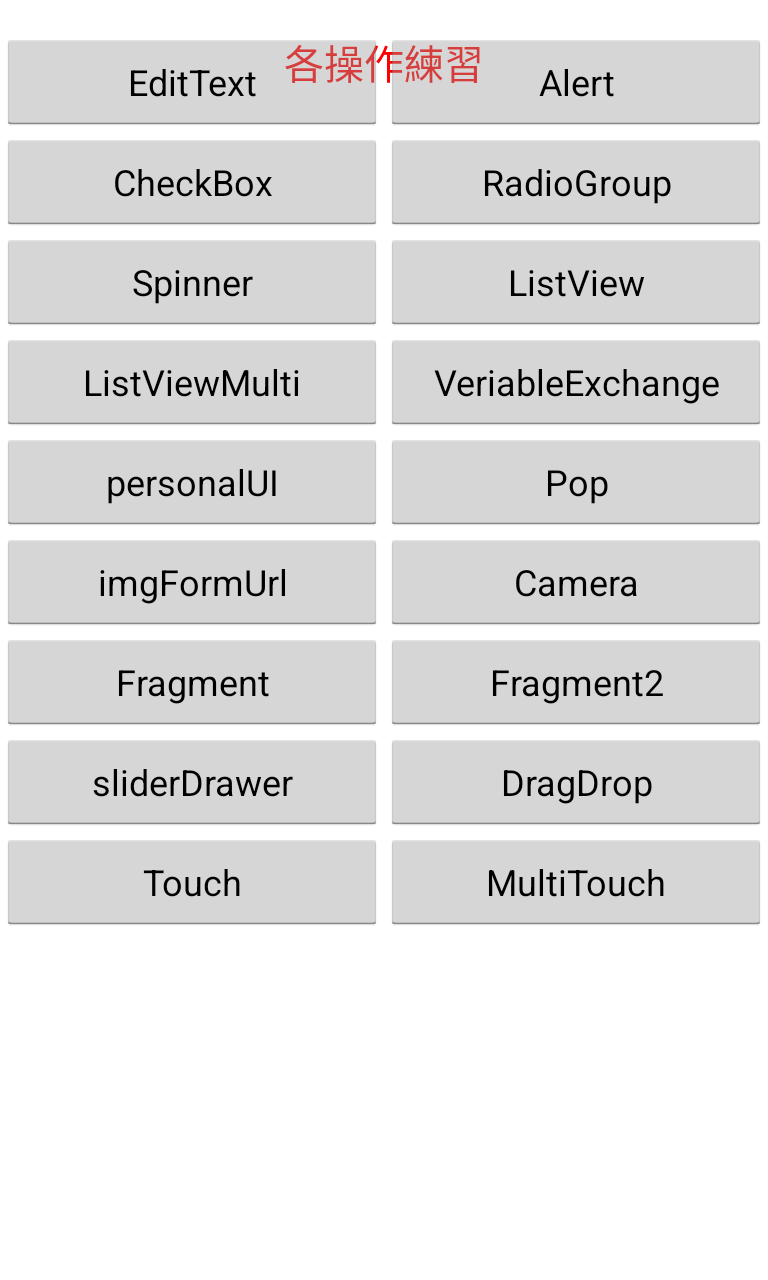
Repository: NTUSTCMAPP/cmapp
Layout: Test/Test/res/layout/activity_main.xml
These files come from the project's save history. The layout is drawn as it stood at one moment and after the next save; the edit follows.
It is drawn on a 768 x 1280 px phone screen (xhdpi) without system bars, with theme AppTheme; the app's code is not run. The app's manifest (not shown) leaves right-to-left support off. So textAlignment, textDirection and layoutDirection are ignored, and left and right values win over start and end ones.

Above is the layout before, as saved 2015-04-29 03:35:30.

After the next save:
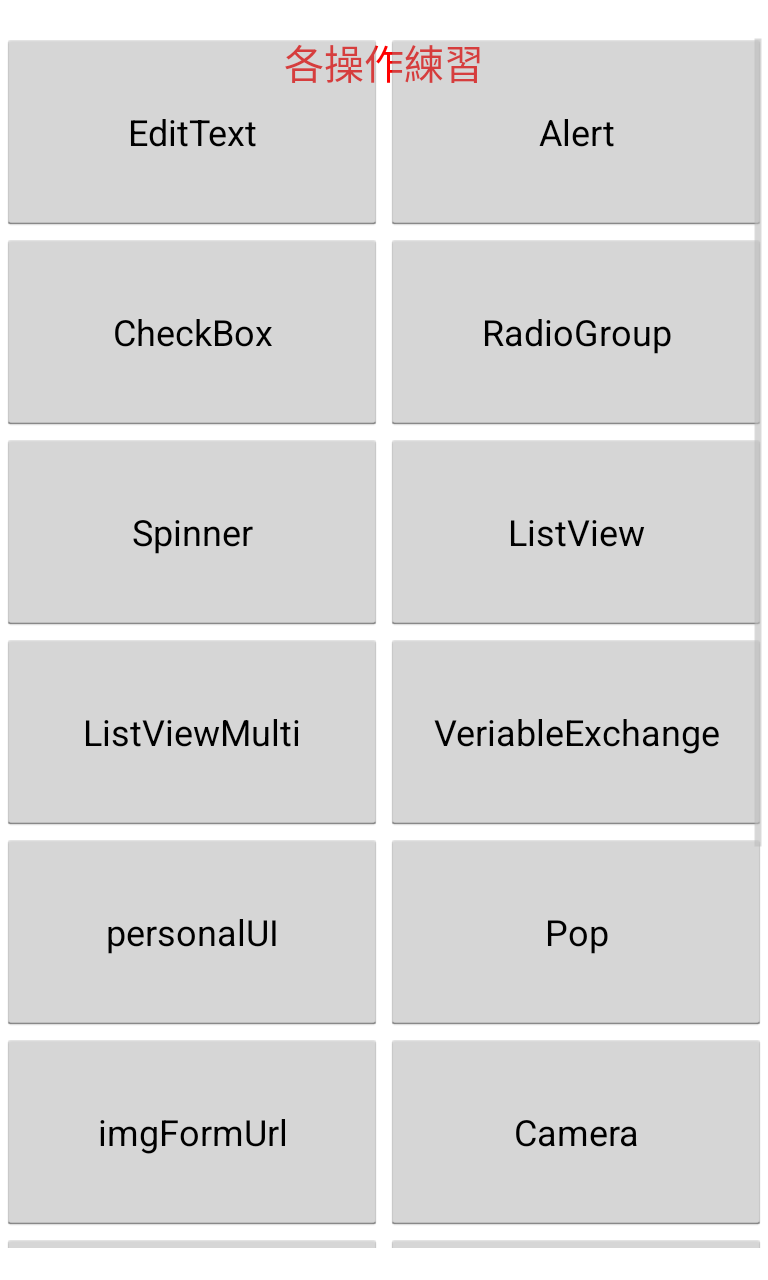
Saved 76 s later.
--- a/Test/Test/res/layout/activity_main.xml
+++ b/Test/Test/res/layout/activity_main.xml
@@ -34,13 +34,13 @@
 	    android:weightSum="2">
 
 	<Button android:id="@+id/editText"
-	    android:layout_height="50dp"
+	    android:layout_height="100dp"
 	    android:layout_width="0dp"
 	    android:layout_weight="1"
 	    android:text="EditText"
 	    />
 	<Button android:id="@+id/Alert"
-	    android:layout_height="50dp"
+	    android:layout_height="100dp"
 	    android:layout_width="0dp"
 	    android:layout_weight="1"
 	    android:layout_below="@+id/Title"
@@ -57,13 +57,13 @@
 	    android:weightSum="2">
 
 	<Button android:id="@+id/CheckBox"
-	    android:layout_height="50dp"
+	    android:layout_height="100dp"
 	    android:layout_width="0dp"
 	    android:layout_weight="1"
 	    android:text="CheckBox"
 	    />
 	<Button android:id="@+id/RadioGroup"
-	    android:layout_height="50dp"
+	    android:layout_height="100dp"
 	    android:layout_width="0dp"
 	    android:layout_weight="1"
 
@@ -85,7 +85,7 @@
 	<Button
 	    android:id="@+id/ListViewMulti"
 	    android:layout_width="0dp"
-	    android:layout_height="50dp"
+	    android:layout_height="100dp"
 	    android:layout_margin="0dp"
 	    android:layout_weight="1"
 	    android:minHeight="48dp"
@@ -94,7 +94,7 @@
 	<Button
 	    android:id="@+id/VeriableExchange"
 	    android:layout_width="0dp"
-	    android:layout_height="50dp"
+	    android:layout_height="100dp"
 	    android:layout_margin="0dp"
 	    android:layout_toRightOf="@+id/ListViewMulti"
 	    android:layout_weight="1"
@@ -110,13 +110,13 @@
 	    android:weightSum="2">
 
 	<Button android:id="@+id/personalUI"
-	    android:layout_height="50dp"
+	    android:layout_height="100dp"
 	    android:layout_width="0dp"
 	    android:layout_weight="1"
 	    android:text="personalUI"
 	    />
 	<Button android:id="@+id/pop"
-	    android:layout_height="50dp"
+	    android:layout_height="100dp"
 	    android:layout_width="0dp"
 	    android:layout_weight="1"
 	    android:layout_toRightOf="@+id/personalUI"
@@ -140,14 +140,14 @@
 	    <Button
 	        android:id="@+id/Spinner"
 	        android:layout_width="0dp"
-	        android:layout_height="50dp"
+	        android:layout_height="100dp"
 	        android:layout_weight="1"
 	        android:text="Spinner" />
 
 	    <Button
 	        android:id="@+id/ListView"
 	        android:layout_width="0dp"
-	        android:layout_height="50dp"
+	        android:layout_height="100dp"
 	        android:layout_toRightOf="@+id/Spinner"
 	        android:layout_weight="1"
 	        android:text="ListView" />
@@ -168,14 +168,14 @@
 	    <Button
 	        android:id="@+id/imgFormUrl"
 	        android:layout_width="0dp"
-	        android:layout_height="50dp"
+	        android:layout_height="100dp"
 	        android:layout_weight="1"
 	        android:text="imgFormUrl" />
 
 	    <Button
 	        android:id="@+id/Camera"
 	        android:layout_width="0dp"
-	        android:layout_height="50dp"
+	        android:layout_height="100dp"
 	        android:layout_toRightOf="@+id/imgFormUrl"
 	        android:layout_weight="1"
 	        android:text="Camera" />
@@ -196,14 +196,14 @@
 	    <Button
 	        android:id="@+id/fragment"
 	        android:layout_width="0dp"
-	        android:layout_height="50dp"
+	        android:layout_height="100dp"
 	        android:layout_weight="1"
 	        android:text="Fragment" />
 
 	    <Button
 	        android:id="@+id/Fragment2"
 	        android:layout_width="0dp"
-	        android:layout_height="50dp"
+	        android:layout_height="100dp"
 	        android:layout_toRightOf="@+id/fragment"
 	        android:layout_weight="1"
 	        android:text="Fragment2" />
@@ -224,14 +224,14 @@
 	    <Button
 	        android:id="@+id/sliderDrawer"
 	        android:layout_width="0dp"
-	        android:layout_height="50dp"
+	        android:layout_height="100dp"
 	        android:layout_weight="1"
 	        android:text="sliderDrawer" />
 
 	    <Button
 	        android:id="@+id/DragDrop"
 	        android:layout_width="0dp"
-	        android:layout_height="50dp"
+	        android:layout_height="100dp"
 	        android:layout_toRightOf="@+id/sliderDrawer"
 	        android:layout_weight="1"
 	        android:text="DragDrop" />
@@ -252,14 +252,14 @@
 	    <Button
 	        android:id="@+id/Touch"
 	        android:layout_width="0dp"
-	        android:layout_height="50dp"
+	        android:layout_height="100dp"
 	        android:layout_weight="1"
 	        android:text="Touch" />
 
 	    <Button
 	        android:id="@+id/MultiTouch"
 	        android:layout_width="0dp"
-	        android:layout_height="50dp"
+	        android:layout_height="100dp"
 	        android:layout_toRightOf="@+id/Touch"
 	        android:layout_weight="1"
 	        android:text="MultiTouch" />
